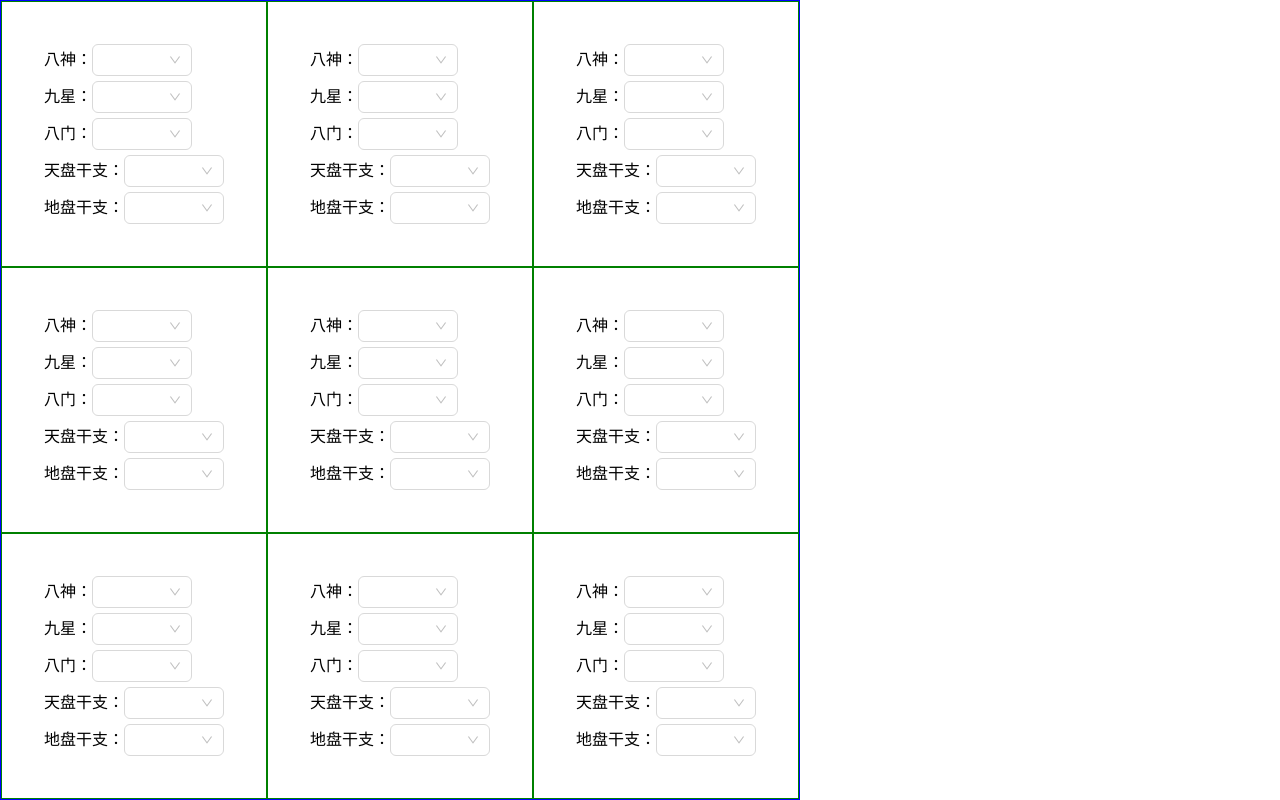
Repository: DaozhangChen/qiMen
Page: /
An editor plug-in stored every save of this project. The page is shown before and after the next save, followed by the edit.
The browser window is 1280 px wide. The pictures show the whole page.
The project was rebuilt for these pictures with package versions that can differ from the ones it lists, and the page was loaded fresh each time. Also part of the build but not shown: vite.config.js.

Above is the page before, as saved 2024-04-04 20:58:04.

After the next save:
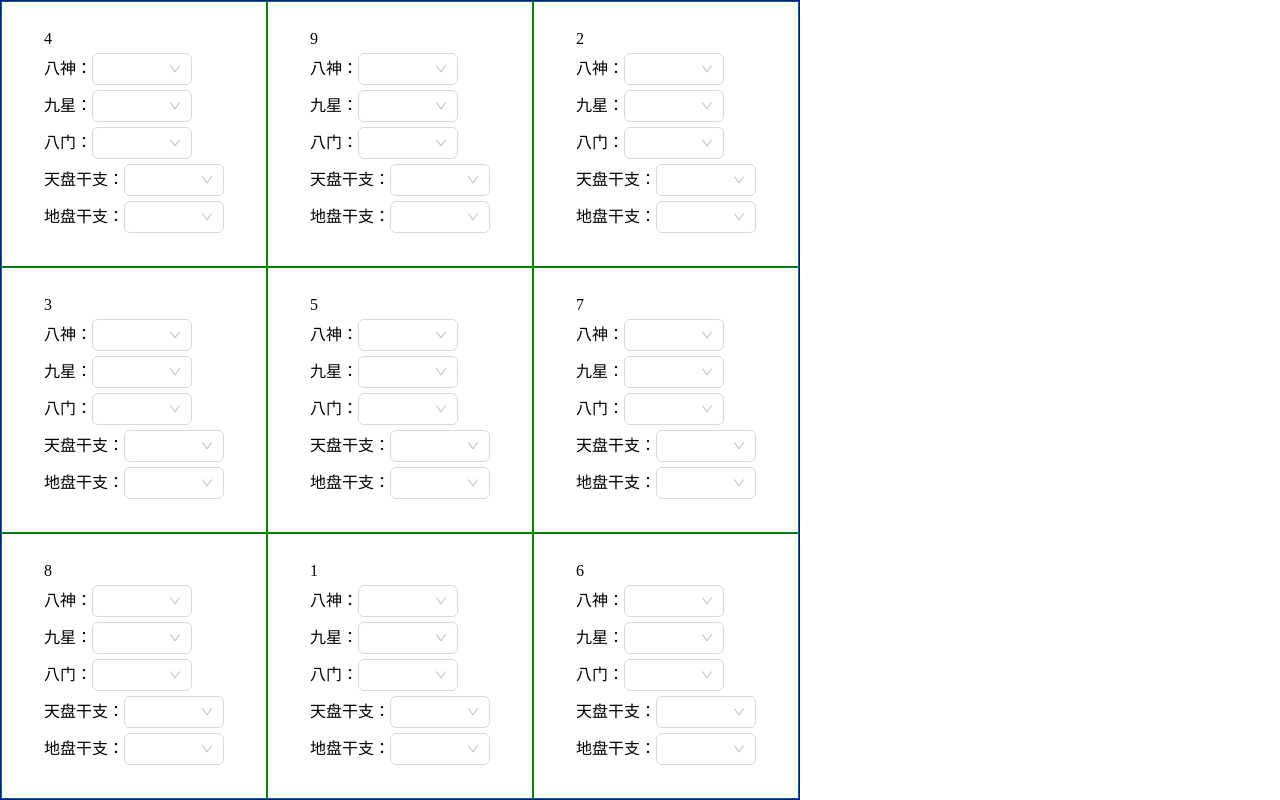
Saved 2 min 21 s later.
--- a/src/compoment/Sudoku.jsx
+++ b/src/compoment/Sudoku.jsx
@@ -2,14 +2,25 @@ import "./Sudoku.css"
 import InfoSelect from "./InfoSelect"
 
 function Sudoku() {
-    const regionArr = [1, 2, 3, 4, 5, 6, 7, 8, 9]
+    const regionArr = [
+        { number: 4, area: "震" },
+        { number: 9, area: "震" },
+        { number: 2, area: "震" },
+        { number: 3, area: "震" },
+        { number: 5, area: "震" },
+        { number: 7, area: "震" },
+        { number: 8, area: "震" },
+        { number: 1, area: "震" },
+        { number: 6, area: "震" }
+    ]
 
     return (
         <div className="sudoku-grid">
             {/* 生成九宫格 */}
             {regionArr.map((value) => (
-                <div key={`row-${value}`} className="sudoku-row">
+                <div key={`row-${value.number}`} className="sudoku-row">
                     <li className="sudoku-cell">
+                        {value.number}
                         <li className="god">八神：<span><InfoSelect type="god" /></span></li>
                         <li className="star">九星：<span><InfoSelect type="star" /></span></li>
                         <li className="door">八门：<span><InfoSelect type="door" /></span></li>
